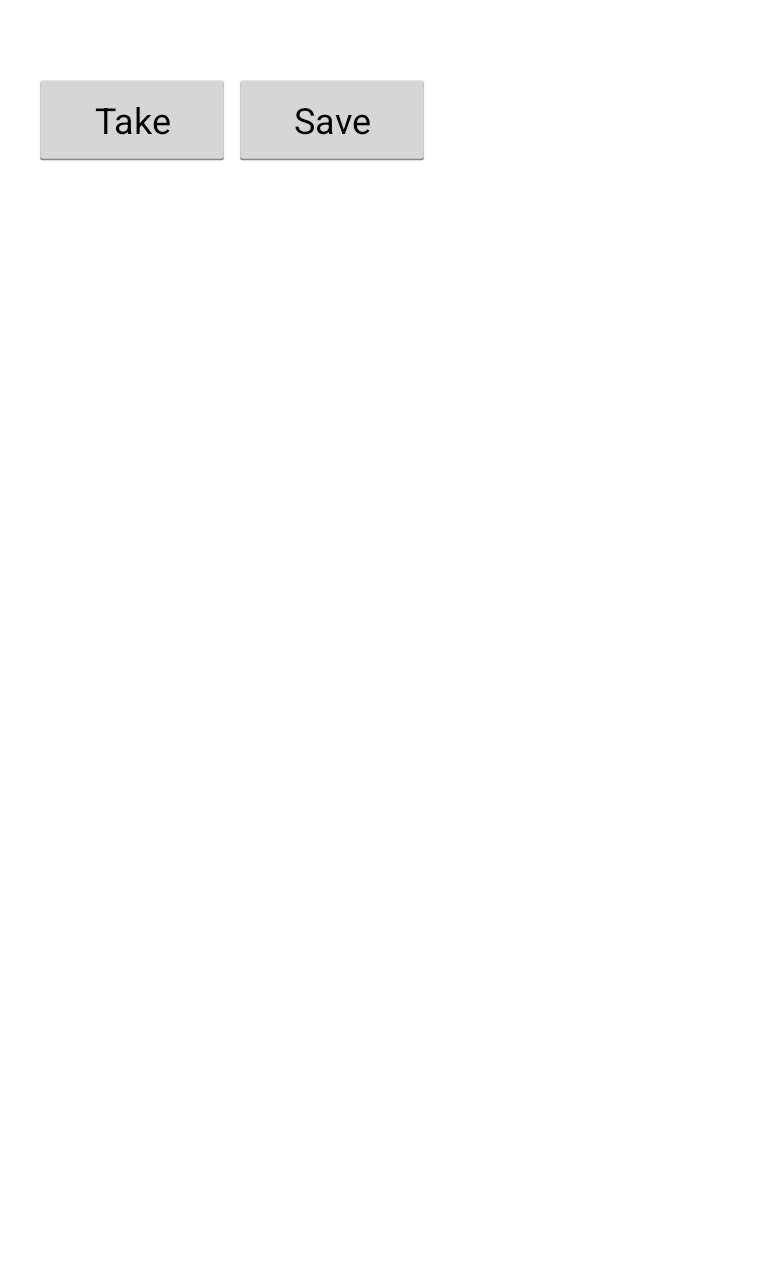
Repository: jellydiamonds/Proto
Layout: Android/Camera/res/layout/activity_main.xml
These files come from the project's save history. The layout is drawn as it stood at one moment and after a run of saves; the edit follows.
It is drawn on a 768 x 1280 px phone screen (xhdpi) without system bars, with theme AppTheme; the app's code is not run.

Above is the layout before, as saved 2014-03-20 15:21:51.

After the next 2 saves:
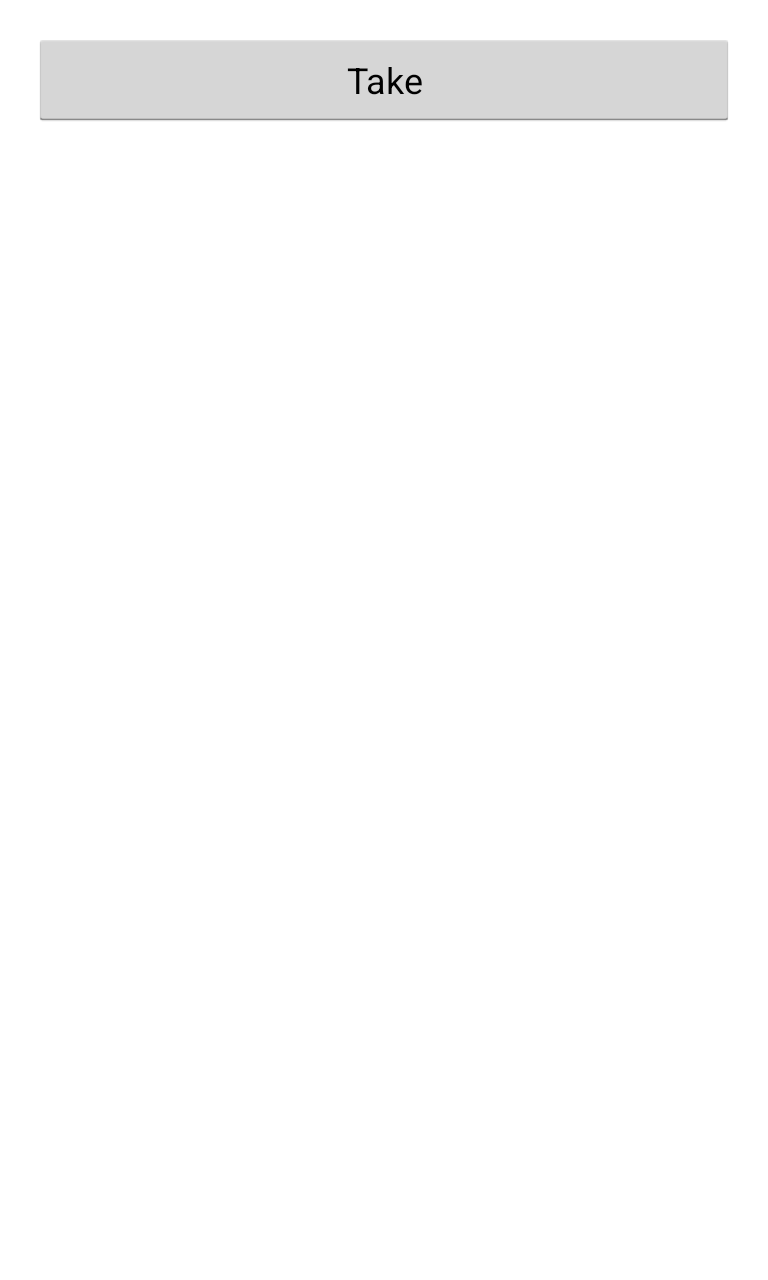
The 2 saves are shown as one change because 1 did not build or start.
The last was saved 34 min 33 s later.
--- a/Android/Camera/res/layout/activity_main.xml
+++ b/Android/Camera/res/layout/activity_main.xml
@@ -18,16 +18,18 @@
 
         	<Button
             	android:id="@+id/button1"
-            	android:layout_width="100dp"
+            	android:layout_width="fill_parent"
             	android:layout_height="wrap_content"
             	android:layout_marginTop="20dp"
+            	android:layout_gravity="left"
             	android:text="Take" />
 
         	<Button
             	android:id="@+id/button2"
-            	android:layout_width="100dp"
+            	android:layout_width="fill_parent"
             	android:layout_height="wrap_content"
             	android:layout_marginTop="20dp"
+            	android:layout_gravity="right"
             	android:text="Save"/>
 
         </LinearLayout>
